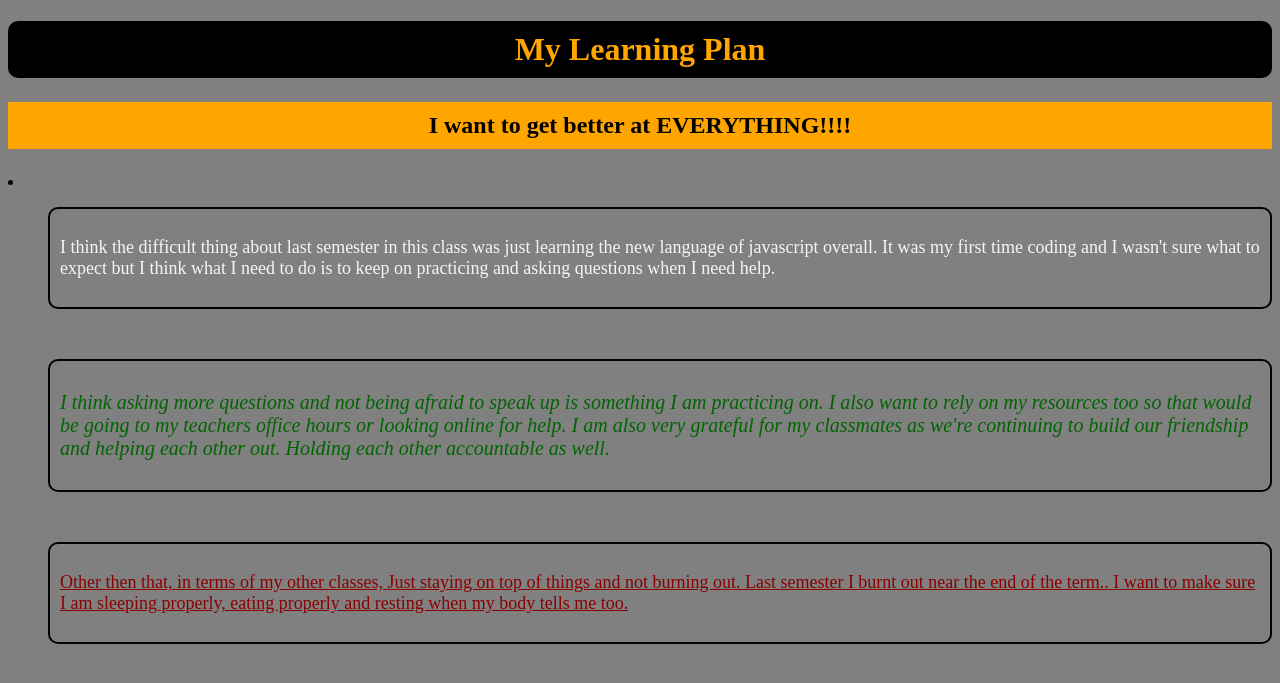
Repository: boofoo-png/mdia-2109
Page: Lab 3/learning-plan.html
These files come from the project's save history. The page is drawn as it stood at one moment and after the next save; the edit follows.
The browser window is 1280 px wide. The pictures show the whole page.

Above is the page before, as saved 2026-02-02 11:25:09.

After the next save:
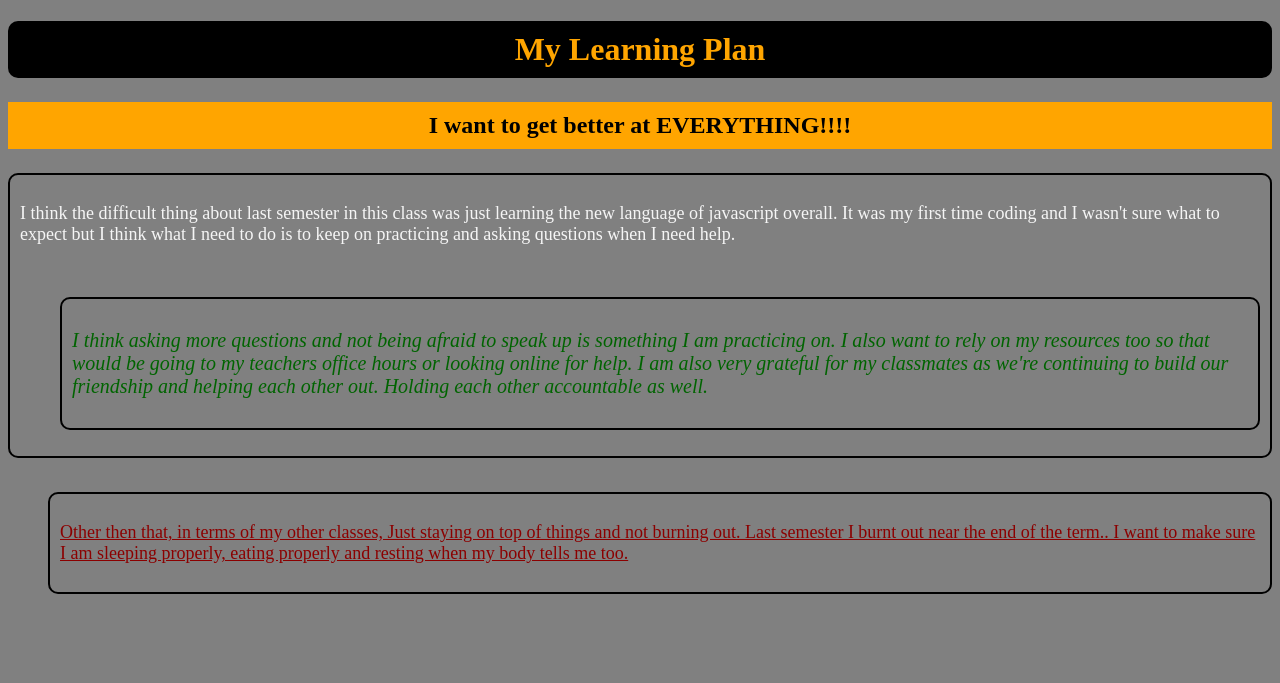
Saved 15 s later.
--- a/Lab 3/learning-plan.html
+++ b/Lab 3/learning-plan.html
@@ -9,8 +9,6 @@
     <body>
         <h1>My Learning Plan</h1>
         <p class="title">I want to get better at EVERYTHING!!!!</p>
-        <li>
-            <ol>
                 <div class="introdiv">
                 <p class="intro">
                     I think the difficult thing about last semester in this
